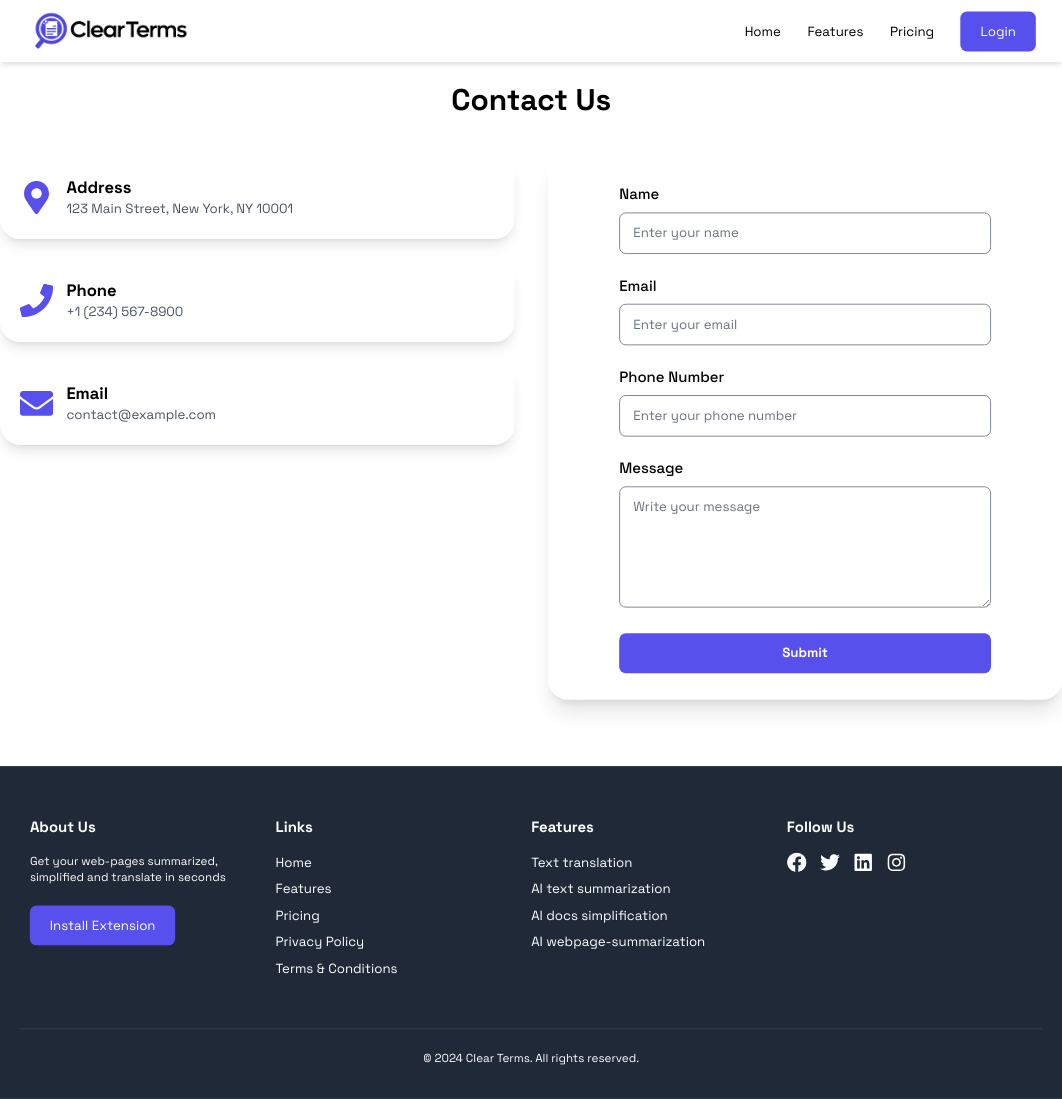
Repository: sabeelyousaf/clearterms
Page: /contact
These files come from the project's save history. The page is drawn as it stood at one moment and after a run of saves; the edit follows.
The browser window is 1280 px wide. The pictures show the whole page, at 83% of full size.
The project was rebuilt for these pictures with package versions that can differ from the ones it lists, and the page was loaded fresh each time. The framework's server and built-in components were replaced by stand-ins that run in the browser. Also part of the build but not shown: next.config.js.

Above is the page before, as saved 2024-12-01 01:52:36.

After the next 2 saves:
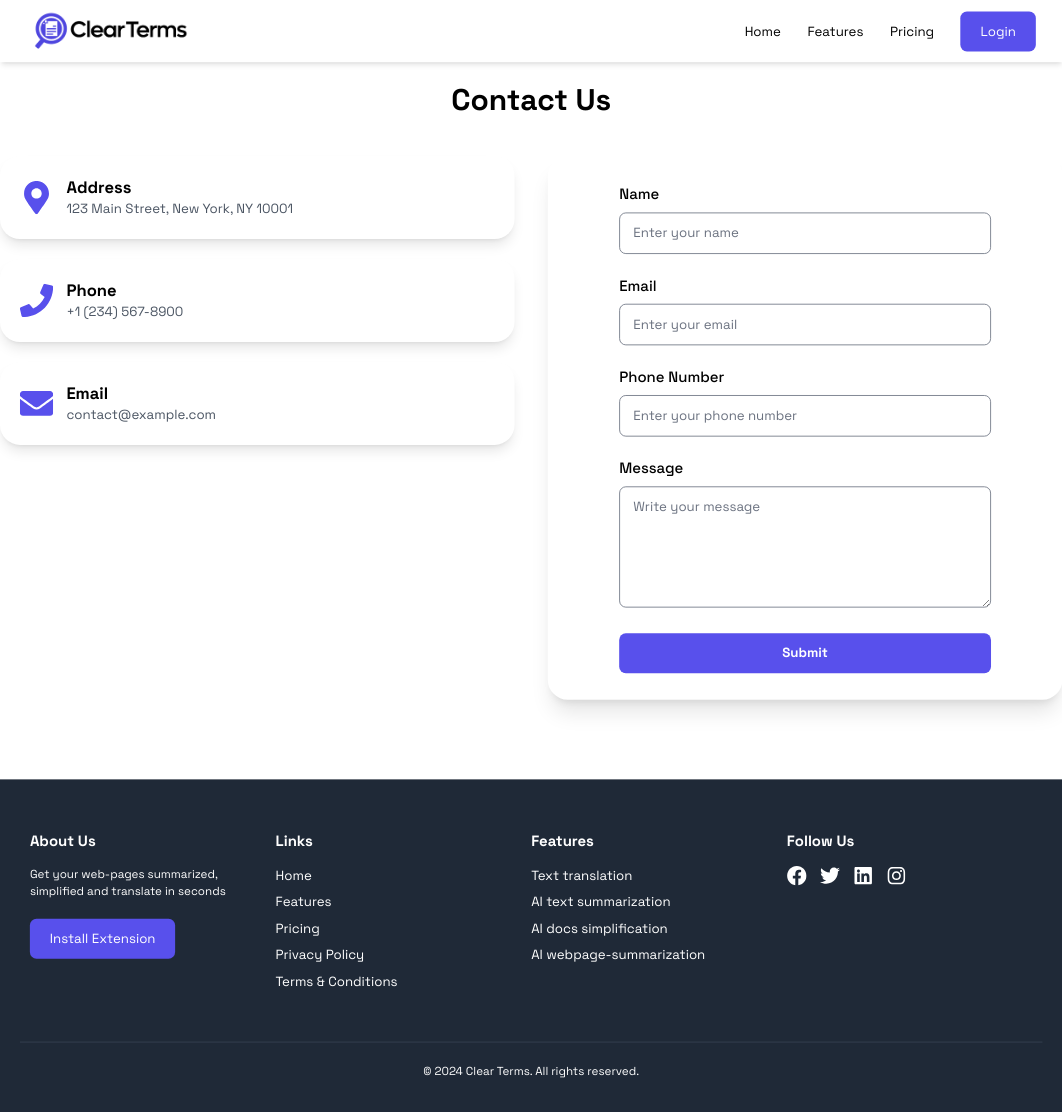
The 2 saves are shown as one change because they came seconds apart.
The last was saved 18 s later.
--- a/src/app/components/contact/page.jsx
+++ b/src/app/components/contact/page.jsx
@@ -53,7 +53,7 @@ const ContactComponent = () => {
       animate={{ opacity: 1 }}
       transition={{ duration: 0.8 }}
     >
-      <div className="max-w-screen-xl mx-auto md:px-0 px-3">
+      <div className="max-w-screen-xl mx-auto md:px-0 px-3 mb-4">
         <h2 className="text-4xl font-bold text-center mb-12">Contact Us</h2>
         <div className="flex flex-wrap ">
           {/* Icons Section */}
